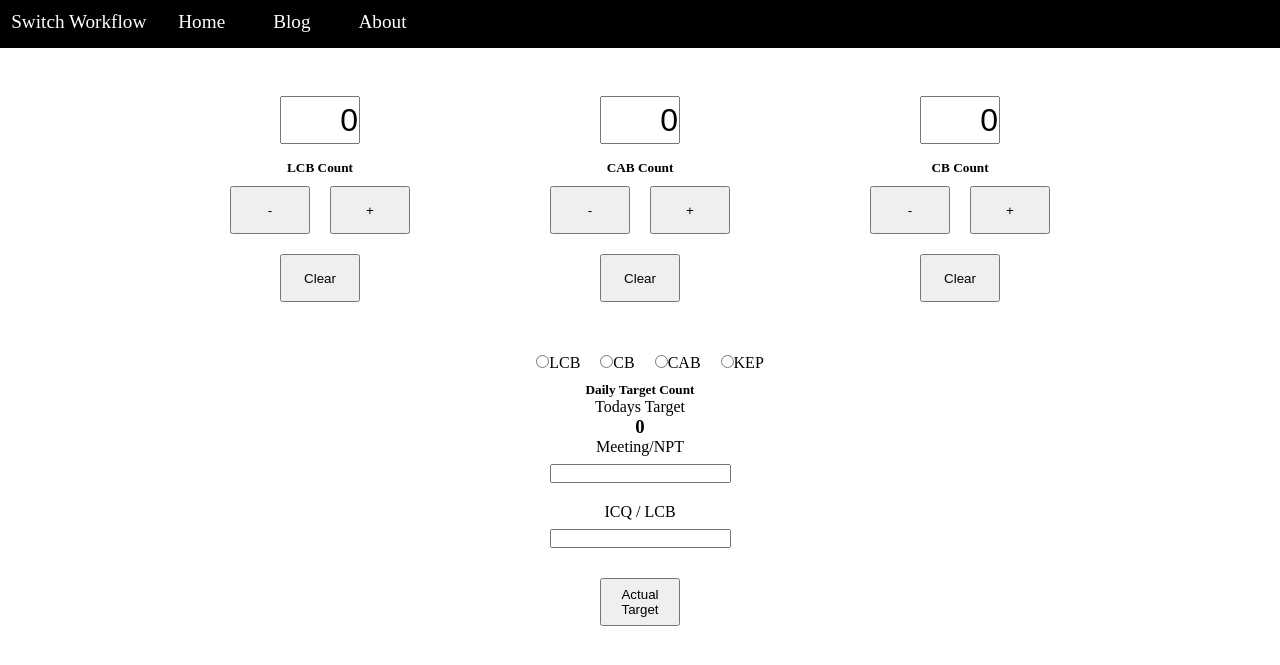
Repository: suraj-yadav7/SwitchWorkflow-Count-reactjs
Page: /
An editor plug-in stored every save of this project. The page is shown before and after the next save, followed by the edit.
The browser window is 1280 px wide. The pictures show the whole page.
The project was rebuilt for these pictures with package versions that can differ from the ones it lists, and the page was loaded fresh each time.

Above is the page before, as saved 2023-04-19 14:21:59.

### src/App.js
import './App.css';
import DailyTarget from './Components/DailyTarget';
import TitleCount from './Components/TitleCount';

function App() {
  return (
    <>
    <TitleCount />
    <DailyTarget />
    </>
  );
}

export default App;

### src/App.css
*{
  margin: 0;
  padding: 0;
  box-sizing: border-box;
}

button{
  width: 5rem;
  margin: 10px;
  height: 3rem;
}
li,a{
  list-style: none;
}
/* Nav bar */
nav{
  width: 100%;
  height: 3rem;
  display: flex;
  padding: 0.7rem;
  background-color: black;
  color: white;
  font: 400 1.2rem san-serif;
}
nav > ul{
  display: flex;
  gap: 3rem;
  margin-left: 2rem;
}

.container1{
  display:flex ;
  justify-content: center;
  align-items: center;
  gap: 2rem;
  padding: 2rem;
}

.card-body{
  text-align: center;
}

.card >input{
  width: 5rem;
  height: 3rem;
  font-size: 2rem;
  text-align: right;
  margin:1rem  6.5rem;
}

/* Daily Target style */
.dailyTarget{
  align-items: center;
  display: flex;
  justify-content: center;
}
.card2{
}
.textType{
  display: flex;
  flex-direction: column;
  width: 20rem;
  align-items: center;
  justify-content: center;
}
.textType >input{
  margin: 8px 0px 20px 0px;
  text-align: center;
}

.radioBtn >input{
  margin-left: 20px;
}

### src/Components/DailyTarget.jsx
import React from 'react'
import {useState, useEffect} from "react"
const DailyTarget = () => {
        const [target, setTarget] = useState({
            targ:480,
            npt:0,
            icq:0
        })
        // const [btnClick, setBtnClick] =useState(false)

        const [radioBtn, setradioBtnClick] = useState("")

        // const [npt, setNPT] = useState(0)
        // const [icq, setICQ] = useState(0)
        const inputVal1 = (e)=>{
            let val = parseInt(e.target.value)
            setTarget((prev)=> ({...prev, npt:val}))
            // setBtnClick(false)
        }

        const inputVal2 = (e)=>{
            let val = parseInt(e.target.value)
            setTarget((prev)=> ({...prev, icq:val}))
            // setBtnClick(false)

        }

        const targetHandle = (e) =>{
            if(radioBtn === "LCB"){
                let output = parseInt(480-((target.npt) + (target.icq/6)))
                console.log(output)
                setTarget((prev)=>({...prev,targ:output}))
                console.log("the final reulst",target.targ)
                // setBtnClick(true)
            }
            else if(radioBtn === "CB") {
                let output = parseInt(480-((target.npt) + (target.icq/3)))
                console.log(output)
                setTarget((prev)=>({...prev,targ:output}))
                console.log("the final reulst",target.targ)
                // setBtnClick(true)
            }

        }

        useEffect(()=>{
         setTarget((prev)=>({prev,npt:0,icq:0}))

        },[])


    return (
        <>
            <div className='dailyTarget'>
                <div class="card card2" >
                    <div class="card-body textType">
                    <div className="radioBtn" style={{margin: "10px"}}>
                        <input type='radio' onChange={e => setradioBtnClick(e.target.value)} name="workFlow" value="LCB"/>LCB
                        <input type='radio'onChange={e => setradioBtnClick(e.target.value)} name="workFlow" value="CB"/>CB
                        <input type='radio' onChange={e => setradioBtnClick(e.target.value)} name="workFlow" value="CAB"/>CAB
                        <input type='radio'onChange={e => setradioBtnClick(e.target.value)} name="workFlow" value="KEP"/>KEP
                    </div>
                        <h5 class="card-title">Daily Target Count</h5>
                        <span>Todays Target</span><h3>{target.targ===false?target.targ:0}</h3>
                        <span>Meeting/NPT</span><input type='text' name="npt"  onChange={inputVal1}  />
                        <span>ICQ / LCB</span><input type='text' name="icq"  onChange={inputVal2} />
                        <button  onClick={targetHandle}>Actual Target</button>
                    </div>
                </div>

            </div>
        </>
    )
}

export default DailyTarget

### src/Components/TitleCount.jsx
import React from 'react'
import { useState, useEffect } from 'react'
const TitleCount = () => {

    const [lcbCount, setLcbCount] = useState(parseInt(localStorage.getItem("lcbKey")) || 0)
    const [cbCount, setcbCount] = useState(parseInt(localStorage.getItem("cbKey")) || 0)
    const [cabCount, setCabCount] = useState(parseInt(localStorage.getItem("cabKey")) || 0)

    useEffect(()=>{
        localStorage.setItem("lcbKey", lcbCount)
        localStorage.setItem("cbKey", cbCount)
        localStorage.setItem("cabKey", cabCount)
    },[lcbCount,cbCount,cabCount])

    return (
        <>
        <nav>
            <span>Switch Workflow</span>
                <ul>
                    <li>Home</li>
                    <li>Blog</li>
                    <li>About</li>
                </ul>
        </nav>
            <div className="container1">
                <div class="card" style={{width: "18rem"}}>
                    <input type='text' name="lcbCount" value={lcbCount}/>
                    <div class="card-body">
                        <h5 class="card-title">LCB Count</h5>
                        <button onClick={()=>setLcbCount(val => (lcbCount>0 ? val-1: 0))}>-</button>
                        <button onClick={()=>setLcbCount(val => val+1)}>+</button>
                        <button onClick={()=>setLcbCount(0)}>Clear</button>
                    </div>
                </div>
                <div class="card" style={{width: "18rem"}}>
                    <input type='text' name="cabCount" value={cabCount}/>
                    <div class="card-body">
                        <h5 class="card-title">CAB Count</h5>
                        <button onClick={()=>setCabCount(val => (cabCount>0 ? val-1: 0))}>-</button>
                        <button onClick={()=>setCabCount(val => val+1)}>+</button>
                        <button onClick={()=>setCabCount(0)}>Clear</button>
                    </div>
                </div>
                <div class="card" style={{width: "18rem"}}>
                    <input type='text' name="cbCount" value={cbCount}/>
                    <div class="card-body">
                        <h5 class="card-title">CB Count</h5>
                        <button onClick={()=>setcbCount(val => (cbCount>0 ? val-1: 0))}>-</button>
                        <button onClick={()=>setcbCount(val => val+1)}>+</button>
                        <button onClick={()=>setcbCount(0)}>Clear</button>
                    </div>
                </div>
            </div>

        </>
    )
}

export default TitleCount

Loaded but not shown: src/index.js (common file)

After the next save:
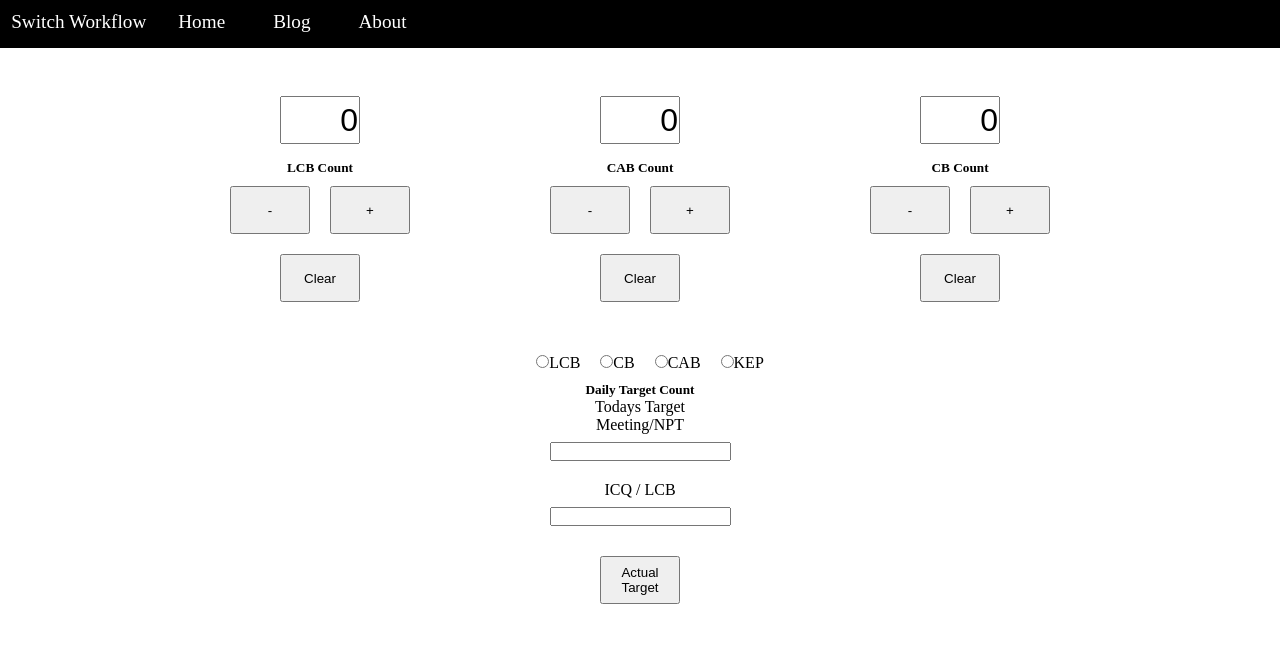
Saved 21 s later.
--- a/src/Components/DailyTarget.jsx
+++ b/src/Components/DailyTarget.jsx
@@ -61,7 +61,7 @@ const DailyTarget = () => {
                         <input type='radio'onChange={e => setradioBtnClick(e.target.value)} name="workFlow" value="KEP"/>KEP
                     </div>
                         <h5 class="card-title">Daily Target Count</h5>
-                        <span>Todays Target</span><h3>{target.targ===false?target.targ:0}</h3>
+                        <span>Todays Target</span><h3>{target.targ}</h3>
                         <span>Meeting/NPT</span><input type='text' name="npt"  onChange={inputVal1}  />
                         <span>ICQ / LCB</span><input type='text' name="icq"  onChange={inputVal2} />
                         <button  onClick={targetHandle}>Actual Target</button>

After the save that followed:
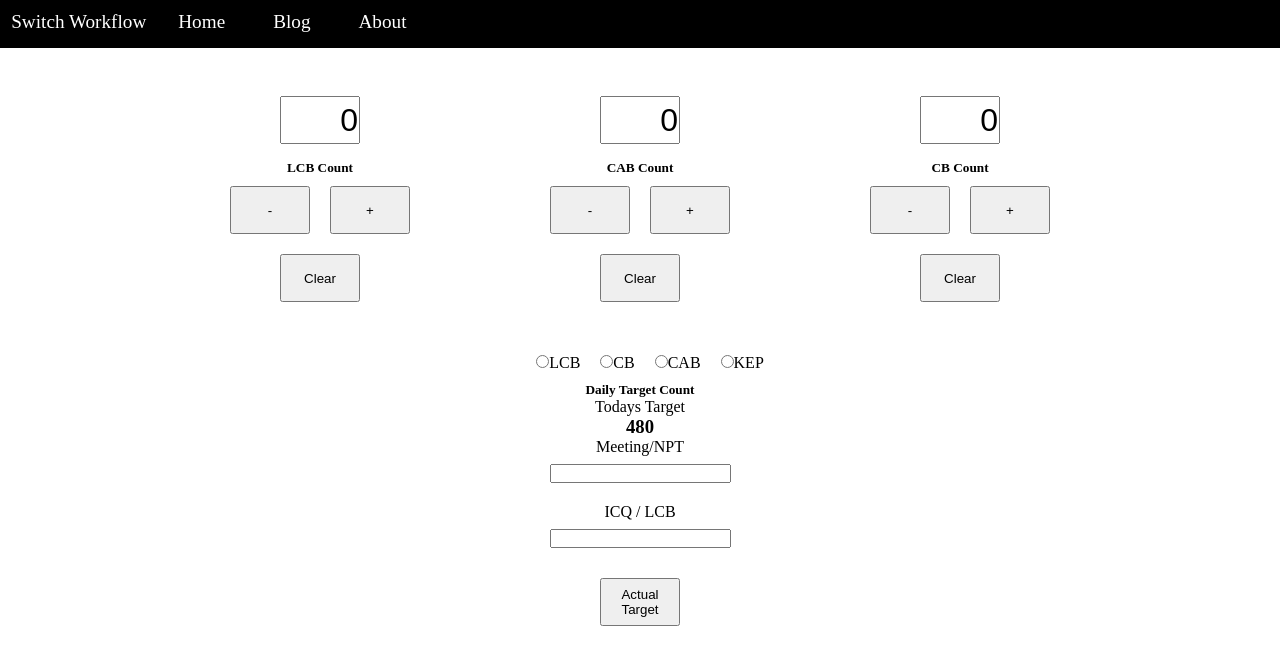
Saved 20 s later.
--- a/src/Components/DailyTarget.jsx
+++ b/src/Components/DailyTarget.jsx
@@ -44,7 +44,7 @@ const DailyTarget = () => {
         }
 
         useEffect(()=>{
-         setTarget((prev)=>({prev,npt:0,icq:0}))
+         setTarget((prev)=>({...prev,npt:0,icq:0}))
 
         },[])
 
